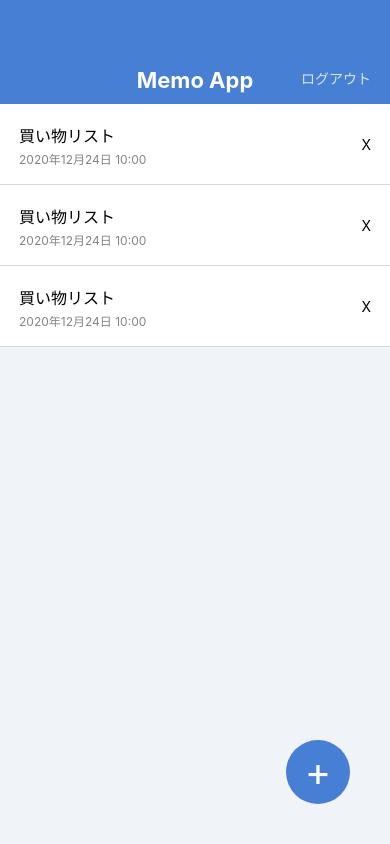
Repository: hirano-step/MemoApp
Screen: /
These files come from the project's save history. The screen is drawn as it stood at one moment and after the next save; the edit follows.
The app was drawn by React Native's web renderer in a window 390 px wide. The project was rebuilt for these pictures with package versions that can differ from the ones it lists, and the page was loaded fresh each time.

Above is the screen before, as saved 2023-01-12 11:29:20.

### App.jsx
import { StyleSheet, Text, View } from 'react-native';

export default function App() {
  return (
    <View style={styles.container}>
      <View style={styles.appbar}>
        <View style={styles.appbarInner}>
          <Text style={styles.appbarTitle}>Memo App</Text>
          <Text style={styles.appbarRight}>ログアウト</Text>
        </View>
      </View>

      <View>
        <View style={styles.memoListItem}>
          <View>
            <Text style={styles.memoListItemTitle}>買い物リスト</Text>
            <Text style={styles.memoListItemDate}>2020年12月24日 10:00</Text>
          </View>
          <View>
            <Text>X</Text>
          </View>
        </View>

        <View style={styles.memoListItem}>
          <View>
            <Text style={styles.memoListItemTitle}>買い物リスト</Text>
            <Text style={styles.memoListItemDate}>2020年12月24日 10:00</Text>
          </View>
          <View>
            <Text>X</Text>
          </View>
        </View>

        <View style={styles.memoListItem}>
          <View>
            <Text style={styles.memoListItemTitle}>買い物リスト</Text>
            <Text style={styles.memoListItemDate}>2020年12月24日 10:00</Text>
          </View>
          <View>
            <Text>X</Text>
          </View>
        </View>
      </View>

      <View style={styles.circleButton}>
        <Text style={styles.circleButonnLabel}>+</Text>
      </View>

    </View>
  );
}

const styles = StyleSheet.create({
  container: {
    flex: 1,
    backgroundColor: '#F0F4F8',
  },
  appbar: {
    width: '100%',
    height: 104,
    backgroundColor: '#467FD3',
    justifyContent: 'flex-end',
  },
  appbarInner: {
    alignItems: 'center',
  },
  appbarRight: {
    position: 'absolute',
    right: 19,
    bottom: 16,
    color: 'rgba(255,255,255,0.8)',
  },
  appbarTitle: {
    marginBottom: 8,
    fontSize: 22,
    lineHeight: 32,
    color: '#FFFFFF',
    fontWeight: 'bold',
  },
  memoListItem: {
    backgroundColor: '#FFFFFF',
    flexDirection: 'row',
    justifyContent: 'space-between',
    paddingVertical: 16,
    paddingHorizontal: 19,
    alignItems: 'center',
    borderBottomWidth: 1,
    borderColor: 'rgba(0,0,0,0.15)',
  },
  memoListItemTitle: {
    fontSize: 16,
    lineHeight: 32,
  },
  memoListItemDate: {
    fontSize: 12,
    lineHeight: 16,
    color: '#848484',
  },
  circleButton: {
    backgroundColor: '#467FD3',
    width: 64,
    height: 64,
    borderRadius: 32,
    justifyContent: 'center',
    alignItems: 'center',
    position: 'absolute',
    right: 40,
    bottom: 40,
  },
  circleButonnLabel: {
    color: '#FFFFFF',
    fontSize: 40,
    lineHeight: 40,
  }
});

After the next save:
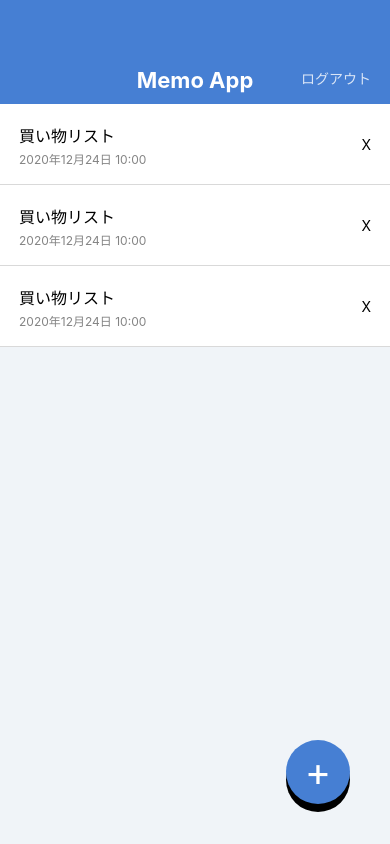
Saved 61 s later.
--- a/App.jsx
+++ b/App.jsx
@@ -106,6 +106,8 @@ const styles = StyleSheet.create({
     position: 'absolute',
     right: 40,
     bottom: 40,
+    shadowColor: '#000000',
+    shadowOffset: { width: 0, height: 8 }
   },
   circleButonnLabel: {
     color: '#FFFFFF',
